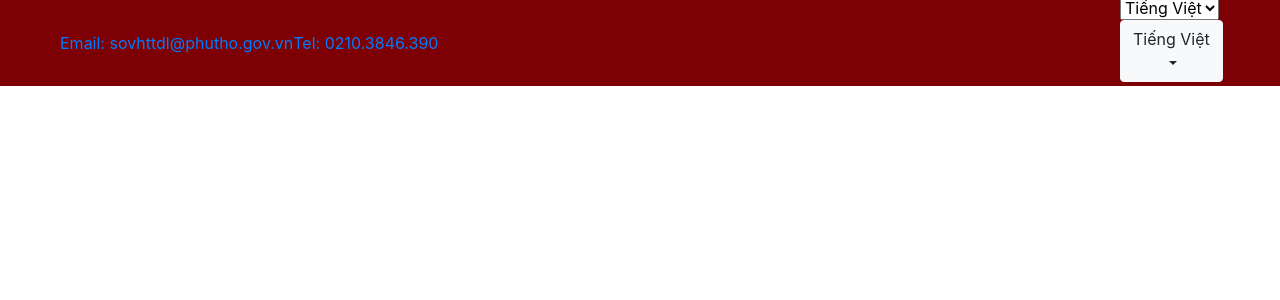
Repository: NgocNB20/Front_end_KLTN
Page: index.html
The author's editor kept a copy of each file at every save. The page is drawn from the files as they stood at one save, then again after the next save.
The browser window is 1280 px wide. The pictures show the whole page.
Some web fonts or font styles are not loaded; a fallback is used.

Above is the page before, as saved 2021-11-28 10:24:04.

### index.html
<!DOCTYPE html>
<html lang="en">

<head>
    <meta charset="UTF-8">
    <meta http-equiv="X-UA-Compatible" content="IE=edge">
    <meta name="viewport" content="width=device-width, initial-scale=1.0">
    <!-- Bootstrap CSS -->
    <link rel="stylesheet" href="https://maxcdn.bootstrapcdn.com/bootstrap/4.0.0/css/bootstrap.min.css"
        integrity="sha384-Gn5384xqQ1aoWXA+058RXPxPg6fy4IWvTNh0E263XmFcJlSAwiGgFAW/dAiS6JXm" crossorigin="anonymous">
    <link
        href="https://fonts.googleapis.com/css?family=Barlow+Condensed:200,300,400,400i,500,600,700,800,900%7CSatisfy&amp;display=swap"
        rel="stylesheet">
    <link rel="stylesheet" href="./style.css">
    <title>Travel</title>
</head>

<body>
    <div class="page-wrapper">
        <div class="site-header__header-one-wrap">
            <div class="topbar-one">
                <div class="container-fluid">
                    <div class="topbar-one__left">
                        <a href="mailto:Email: sovhttdl@phutho.gov.vn">Email: sovhttdl@phutho.gov.vn</a>
                        <a href="tel:Tel: 0210.3846.390">Tel: 0210.3846.390</a>
                    </div>
                    <div class="topbar-one__right"></div>
                    <div class="main-nav__right">
                        <div class="dropdown bootstrap-select"><select name="languages" id="languages"
                                class="selectpicker" onchange="javascript:location.href = this.value;" tabindex="-98">
                                <option value="/vi" selected="">Tiếng Việt</option>
                                <option value="/en">English</option>
                            </select><button type="button" class="btn dropdown-toggle btn-light" data-toggle="dropdown"
                                role="button" data-id="languages" title="Tiếng Việt" aria-expanded="false">
                                <div class="filter-option">
                                    <div class="filter-option-inner">
                                        <div class="filter-option-inner-inner">Tiếng Việt</div>
                                    </div>
                                </div>
                            </button>

                        </div><a href="#" class="main-nav__search search-popup__toggler"><i
                                class="tripo-icon-magnifying-glass"></i></a><a href="#"
                            class="main-nav__login login-popup__toggler"><i class="tripo-icon-avatar"></i></a>
                    </div>
                </div>
            </div>
            <div class="container-fluid">

            </div>
        </div>
    </div>

</body>

</html>

### style.css
:root {
    --thm-font: 'Barlow Condensed', sans-serif;
    --heading-font: 'Charmonman', cursive;
    --thm-base: #ffa801;
    --thm-base-rgb: 255, 168, 1;
    --thm-primary: #40b9eb;
    --thm-primary-rgb: 64, 185, 235;
    --thm-secondary: #ff0143;
    --thm-secondary-rgb: 255, 1, 67;
    --thm-black: #082740;
    --thm-black-rgb: 8, 39, 64;
    --thm-gray: #eceeef;
    --blue: #007bff;
    --indigo: #6610f2;
    --purple: #6f42c1;
    --pink: #e83e8c;
    --red: #dc3545;
    --orange: #fd7e14;
    --yellow: #ffc107;
    --green: #28a745;
    --teal: #20c997;
    --cyan: #17a2b8;
    --white: #fff;
    --gray: #6c757d;
    --gray-dark: #343a40;
    --primary: #007bff;
    --secondary: #6c757d;
    --success: #28a745;
    --info: #17a2b8;
    --warning: #ffc107;
    --danger: #dc3545;
    --light: #f8f9fa;
    --dark: #343a40;
    --breakpoint-xs: 0;
    --breakpoint-sm: 576px;
    --breakpoint-md: 768px;
    --breakpoint-lg: 992px;
    --breakpoint-xl: 1200px;
    --font-family-sans-serif: -apple-system,BlinkMacSystemFont,"Segoe UI",Roboto,"Helvetica Neue",Arial,"Noto Sans",sans-serif,"Apple Color Emoji","Segoe UI Emoji","Segoe UI Symbol","Noto Color Emoji";
    --font-family-monospace: SFMono-Regular,Menlo,Monaco,Consolas,"Liberation Mono","Courier New",monospace;
}
.topbar-one {
    background-color: #7d0004;
}
.topbar-one .container-fluid {
    padding-left: 0;
    padding-right: 0;
    display: -webkit-box;
    display: flex;
    -webkit-box-align: center;
    align-items: center;
    -webkit-box-pack: justify;
    justify-content: space-between;
}
.topbar-one__left {
    display: -webkit-box;
    display: flex;
    -webkit-box-align: center;
    align-items: center;
    padding-left: 60px;
}
.topbar-one__right {
    display: -webkit-box;
    display: flex;
    -webkit-box-align: center;
    align-items: center;
}
.main-nav__right {
    margin-left: auto;
    display: -webkit-box;
    display: flex;
    -webkit-box-align: center;
    align-items: center;
    padding-right: 60px;
}
.main-nav__right .bootstrap-select:not([class*="col-"]):not([class*="form-control"]):not(.input-group-btn) {
    width: 100px;
    position: relative;
    top: -4px;
}

After the next save:
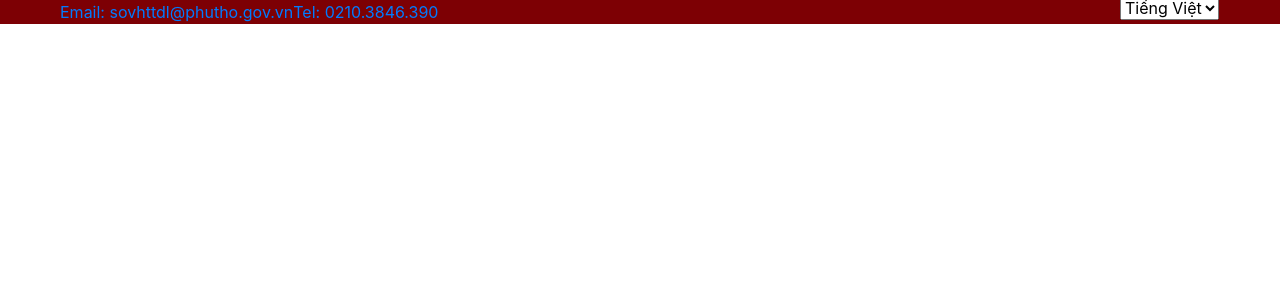
Saved 30 s later.
--- a/index.html
+++ b/index.html
@@ -30,14 +30,7 @@
                                 class="selectpicker" onchange="javascript:location.href = this.value;" tabindex="-98">
                                 <option value="/vi" selected="">Tiếng Việt</option>
                                 <option value="/en">English</option>
-                            </select><button type="button" class="btn dropdown-toggle btn-light" data-toggle="dropdown"
-                                role="button" data-id="languages" title="Tiếng Việt" aria-expanded="false">
-                                <div class="filter-option">
-                                    <div class="filter-option-inner">
-                                        <div class="filter-option-inner-inner">Tiếng Việt</div>
-                                    </div>
-                                </div>
-                            </button>
+                            </select>
 
                         </div><a href="#" class="main-nav__search search-popup__toggler"><i
                                 class="tripo-icon-magnifying-glass"></i></a><a href="#"
